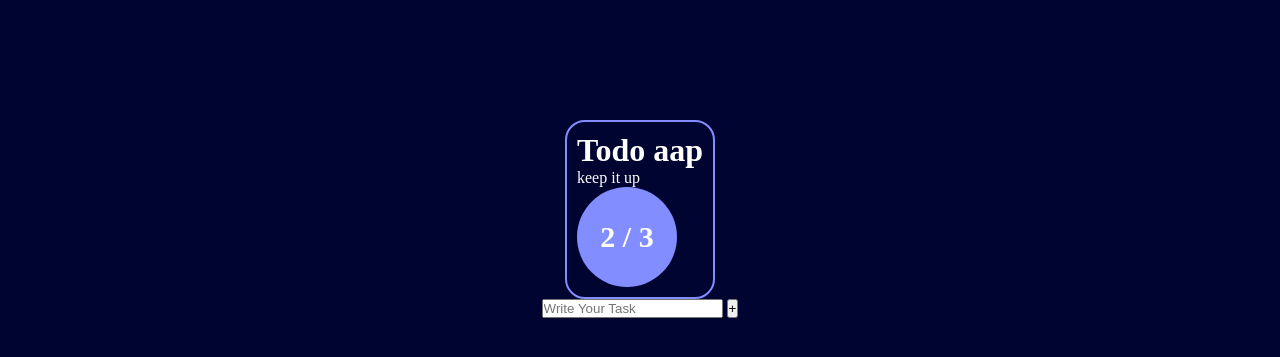
Repository: rajkapoor763-arch/first-work
Page: index.html
The author's editor kept a copy of each file at every save. The page is drawn from the files as they stood at one save, then again after the next save.
The browser window is 1280 px wide. The pictures show the whole page.

Above is the page before, as saved 2025-09-15 21:01:11.

After the next save:
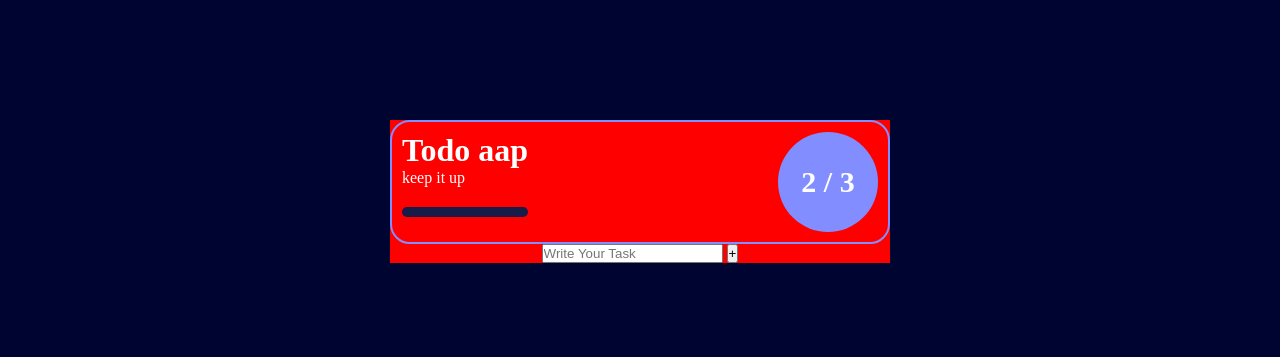
Saved 7 min 5 s later.
--- a/style.css
+++ b/style.css
@@ -20,12 +20,26 @@ body{
     align-items:center;
     justify-content:center;
     margin-top:120px;
+    margin:120px auto 0 auto;
+    max-width:500px;
+    background-color:red;
 }
 .stats-container{
     padding:10px;
     border-radius:20px;
     border:2px solid var(--purple);
+    display:flex;
+    justify-content:space-between;
     gap:20px;
+    width:100%;
+}
+#progressbar{
+    width:100%;
+    height:10px;
+    background-color:var(--secondarybackground);
+    border-radius:5px;
+    margin-top:20px;
+
 }
 #numbers{
     width:100px;
